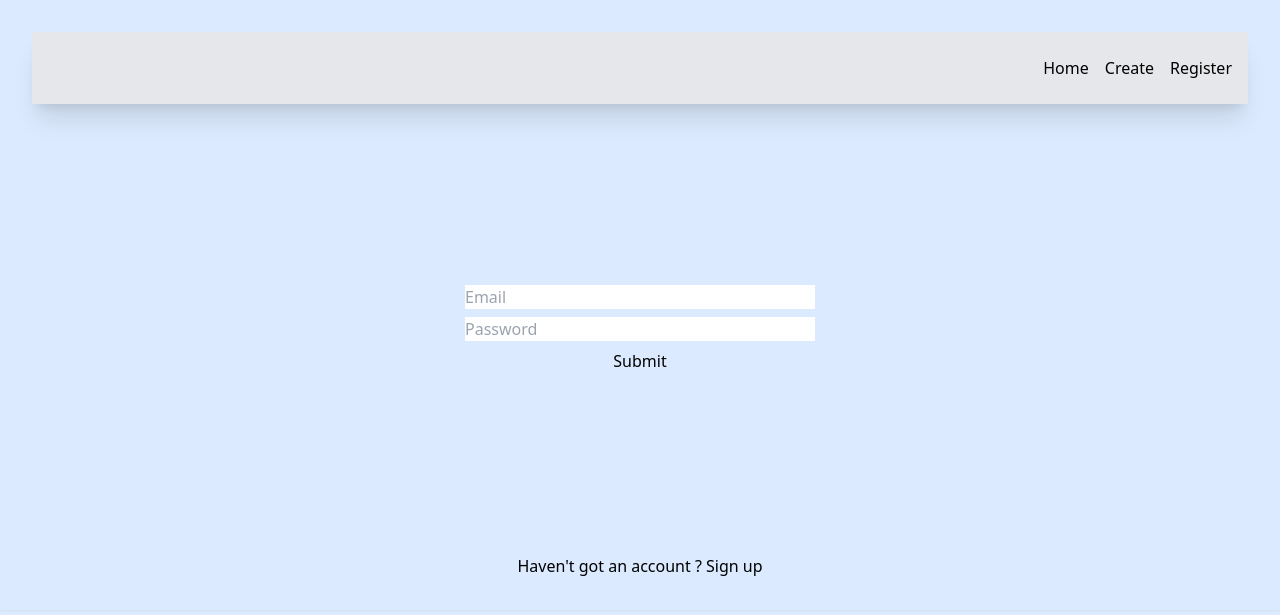
Repository: Semanmernstack/Bincome-second
Page: /log
An editor plug-in stored every save of this project. The page is shown before and after the next save, followed by the edit.
The browser window is 1280 px wide. The pictures show the whole page.
The page's requests for data from a server got no answer. The project was rebuilt for these pictures with package versions that can differ from the ones it lists, and the page was loaded fresh each time. The framework's server and built-in components were replaced by stand-ins that run in the browser. No one was signed in, and anything a server would have sent is missing. Also part of the build but not shown: next.config.mjs.

Above is the page before, as saved 2024-02-03 02:30:46.

### app/layout.tsx
import type { Metadata } from "next";
import { Inter } from "next/font/google";
import "./globals.css";
import Nav from "./components/Nav";
import getCurrentUser from "./getActions/getCurrentUser";



export const metadata: Metadata = {
  title: "Create Next App",
  description: "Generated by create next app",
};

export default async function RootLayout({
  children,
}: Readonly<{
  children: React.ReactNode;
}>) {
  const currentUser = await getCurrentUser()
  console.log(currentUser)
  return (
    <html lang="en">
      <body className="bg-blue-100  p-8 shadow-sm">
        <Nav currentUser = {currentUser}/>
        {children}
      </body>
    </html>
  );
}

### app/log/page.tsx
'use client'

import axios from 'axios'
import { FormEvent, useState } from 'react'
import {signIn} from 'next-auth/react'
import { useRouter } from 'next/navigation'

import Link from 'next/link'

interface InitialStateProps {
    name:string,
    email:string,
    password:string
}

const initialState:InitialStateProps = {
    name:'',
    email:'',
    password:''
}

export default function page() {
    const router = useRouter()
    const [state, setState] = useState(initialState)

    const onSubmit = (event:FormEvent) => {

        event.preventDefault()

     signIn('credentials', {
        ...state,
        redirect:false,
     })
     .then((callback) => {

        if(callback?.ok) {
            router.refresh()
        }

        if(callback?.error) {
            throw new Error('Wrong Credentials')
        }
     })
     router.push('/')
    }


    function handleChange(event:any) {
		setState({ ...state, [event.target.name]: event.target.value });
        console.log(event.target.value)
	}



  return (
    <form onSubmit={onSubmit} className='text-center'>
        <div className='flex flex-col justify-center h-[450px] w-[350px] mx-auto gap-2'>
        <input placeholder='Email' id='email' type="email" name='email' onChange={handleChange} value={state.email}/>
        <input placeholder='Password' id='password' type="password" name='password' onChange={handleChange} value={state.password}/>
        <button type='submit'>Submit</button>
        </div>

        <div>
          <div>Haven't got an account ? <Link href='/register'>Sign up</Link></div>
        </div>
    </form>
  )
}

### app/components/Nav.tsx
"use client"
import { User } from '@prisma/client'
import { signOut } from 'next-auth/react'
import Link from 'next/link'
import React from 'react'




function Nav({currentUser}: any) {
  return (
    <div>
      <header>
         <nav className='bg-gray-200 flex justify-between px-4 py-6 shadow-xl'>
            <div>{currentUser?.name}</div>

            <div className='flex gap-4'>
            <Link href='/'>Home</Link>
            <Link href='/create'>Create</Link>
            {currentUser ? <button onClick={() => signOut()}>Sign out</button> : <Link href='/register'>Register</Link>}
            </div>
        </nav>
    </header>
    </div>
  )
}

export default Nav

### app/getActions/getCurrentUser.ts
import { getServerSession } from 'next-auth'
import { authOptions } from '..//api/auth/[...nextauth]/route';
import prisma from '../../prisma/prismadb'

export default async function getCurrentUser() {
    try {
        const session = await getServerSession(authOptions);
        if(!session?.user?.email){
            return null;
        }

        const currentUser = await prisma.user.findUnique({
            where: {
                email:  session.user?.email as string,
            }
        })

        if (!currentUser) {
            return null
        }

        return {
            ...currentUser,
            createdAt: currentUser.createdAt.toISOString(),

        }


    } catch (error: any) {
        return null

    }
}

### app/api/auth/[...nextauth]/route.ts
import bcrypt from "bcrypt"
import NextAuth, { AuthOptions } from "next-auth"
import CredentialsProvider from "next-auth/providers/credentials"
import { PrismaAdapter } from "@next-auth/prisma-adapter"
import GoogleProvider from "next-auth/providers/google"
import prisma from '../../../../prisma/prismadb'

export const authOptions: AuthOptions = {
  adapter: PrismaAdapter(prisma),
  providers: [
    GoogleProvider({
      clientId: process.env.GOOGLE_ID as string,
      clientSecret: process.env.GOOGLE_SECRET as string
    }),
    CredentialsProvider({
      name: 'credentials',
      credentials: {
        email: { label: 'email', type: 'text' },
        password: { label: 'password', type: 'password'}

      },
      async authorize(credentials) {
        if (!credentials?.email || !credentials?.password) {
          throw new Error('Invalid credentials');
        }


        const user = await prisma.user.findUnique({
          where: {
            email: credentials.email
          }
        });

        if (!user || !user?.hashedPassword) {
          throw new Error('Invalid credentials');
        }
        const isCorrectPassword = await bcrypt.compare(
          credentials.password,
          user.hashedPassword
        );

        if (!isCorrectPassword) {
          throw new Error('Invalid credentials');
        }
        return user;
      }
    })
  ],
  pages: {
    signIn: '/',
  },
  callbacks: {
    session: ({ session, token }) => {
      console.log('Session Callback', { session, token })
      return {
        ...session,
        user: {
          ...session.user,
          id: token.id,
          randomKey: token.randomKey
        }
      }
    },
    jwt: ({ token, user }) => {
      console.log('JWT Callback', { token, user })
      if (user) {
        const u = user as unknown as any
        return {
          ...token,
          id: u.id,
          randomKey: u.randomKey
        }
      }
      return token
    }
  },
  debug: process.env.NODE_ENV === 'development',
  session: {
    strategy: "jwt",
  },
  secret: process.env.NEXTAUTH_SECRET,
}

const handler = NextAuth(authOptions)
export {handler as GET, handler as POST}

### prisma/prismadb.tsx
import { PrismaClient } from "@prisma/client"

declare global {
  var prisma: PrismaClient | undefined
}

const prisma = globalThis.prisma || new PrismaClient()
if (process.env.NODE_ENV !== "production") globalThis.prisma = prisma

export default prisma

Loaded but not shown: app/globals.css (common file); tailwind.config.ts (common file)

After the next save:
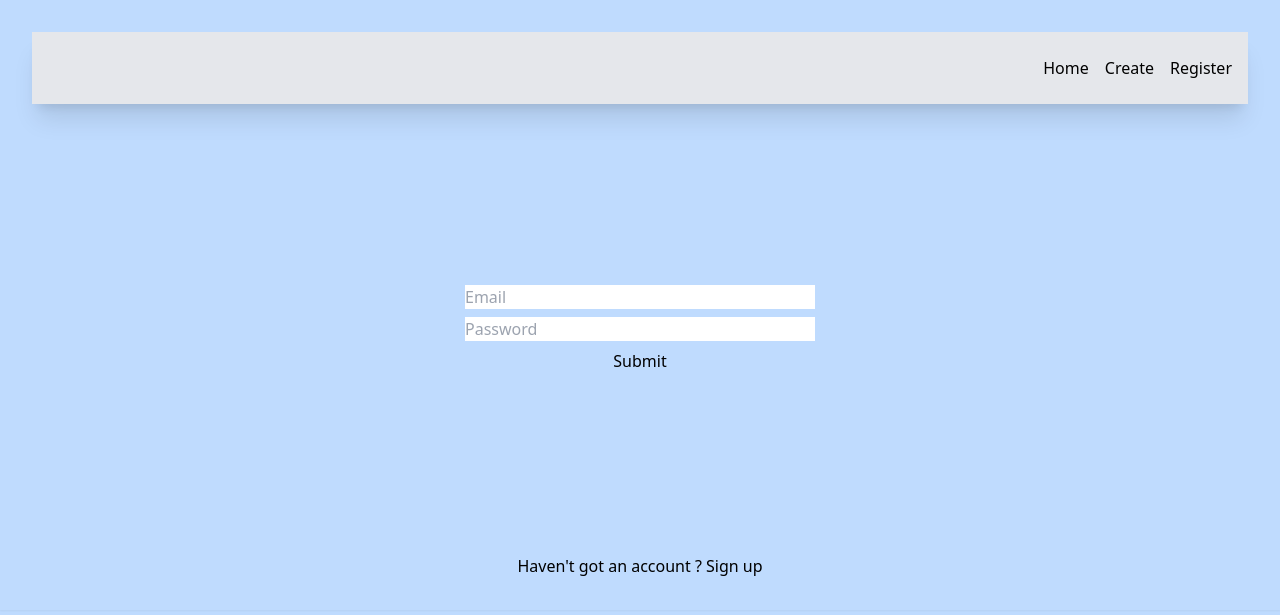
Saved 50 s later.
--- a/app/layout.tsx
+++ b/app/layout.tsx
@@ -20,7 +20,7 @@ export default async function RootLayout({
   console.log(currentUser)
   return (
     <html lang="en">
-      <body className="bg-blue-100  p-8 shadow-sm">
+      <body className="bg-blue-200  p-8 shadow-sm">
         <Nav currentUser = {currentUser}/>
         {children}
       </body>
